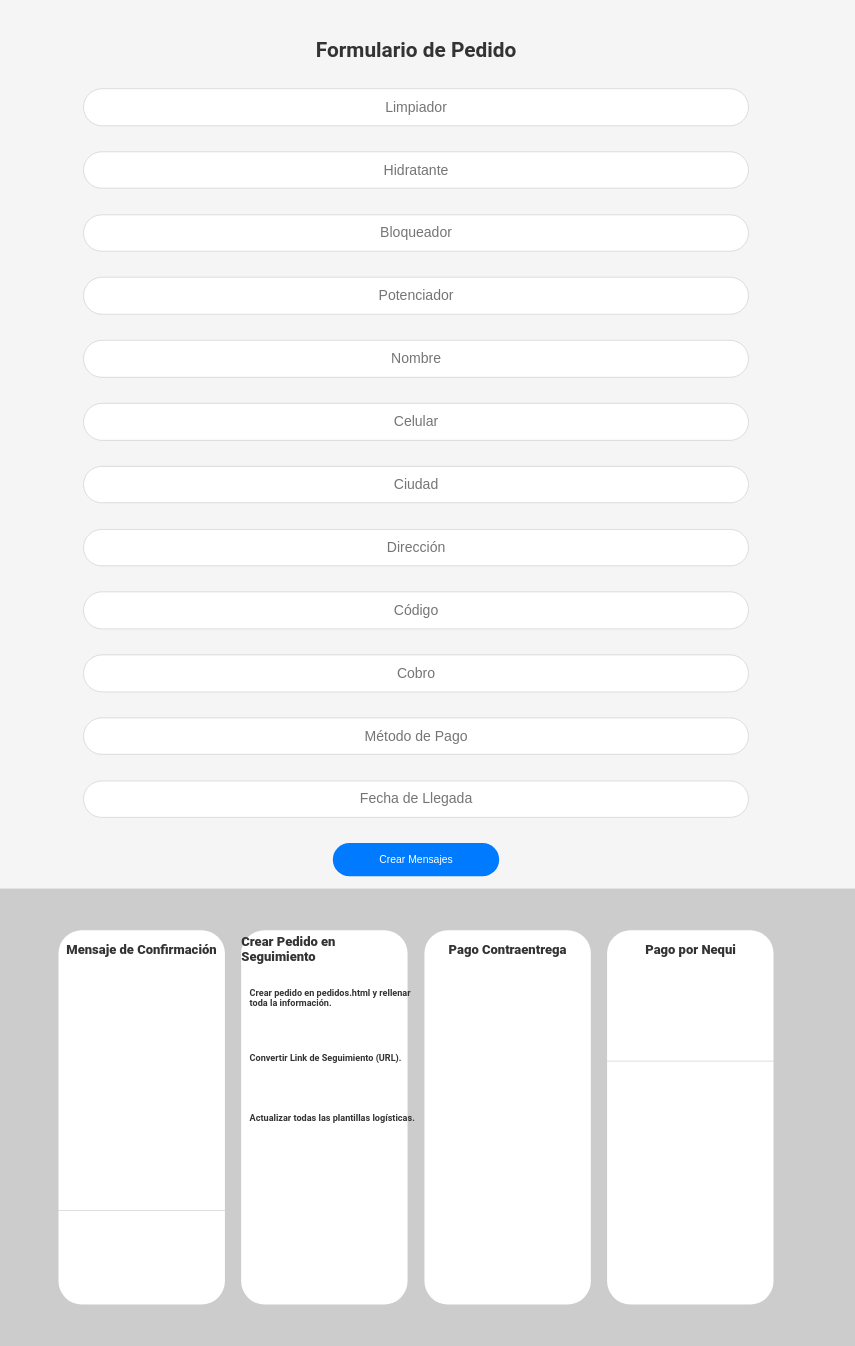
Repository: aCoupon0/intranet
Page: 1/venta-1.html
The author's editor kept a copy of each file at every save. The page is drawn from the files as they stood at one save, then again after the next save.
The browser window is 1280 px wide. The page is 1316 px wide, so the pictures cover 1316 px, including what lies to the right of the window. The pictures show the whole page, at 65% of full size.

Above is the page before, as saved 2024-12-09 14:55:04.

After the next save:
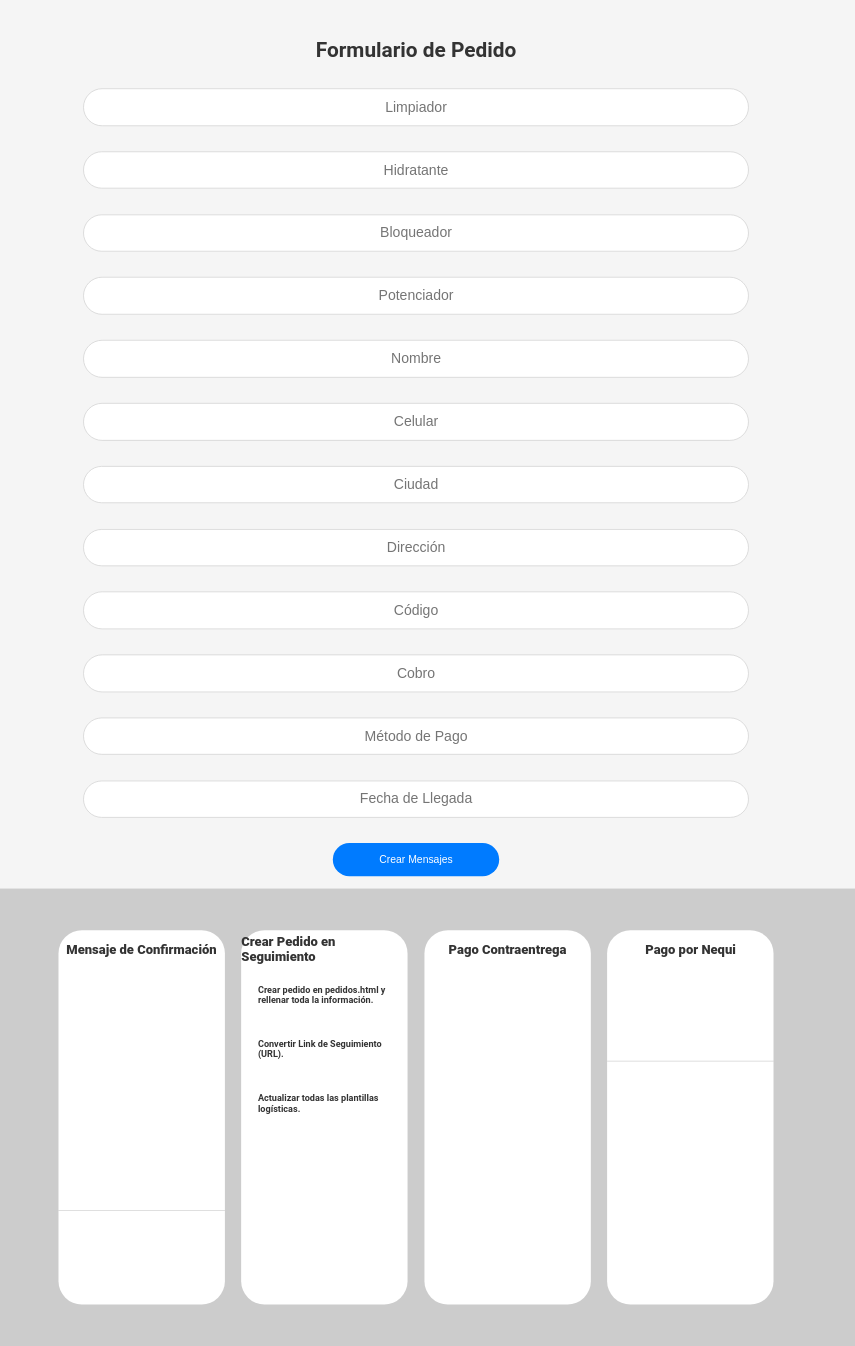
Saved 29 s later.
--- a/css/venta.css
+++ b/css/venta.css
@@ -79,13 +79,14 @@ input {
 
 .section-dual-instruction {
     width: 100%;
-    height: 16%;
+    height: auto;
     display: flex;
     justify-content: flex-start;
     align-items: center;
     font-size: 14px;
     font-weight: 600;
-    padding-left: 10%;
+    padding: 10%;
+    box-sizing: border-box;
 }
 
 .section-dual-1 {
